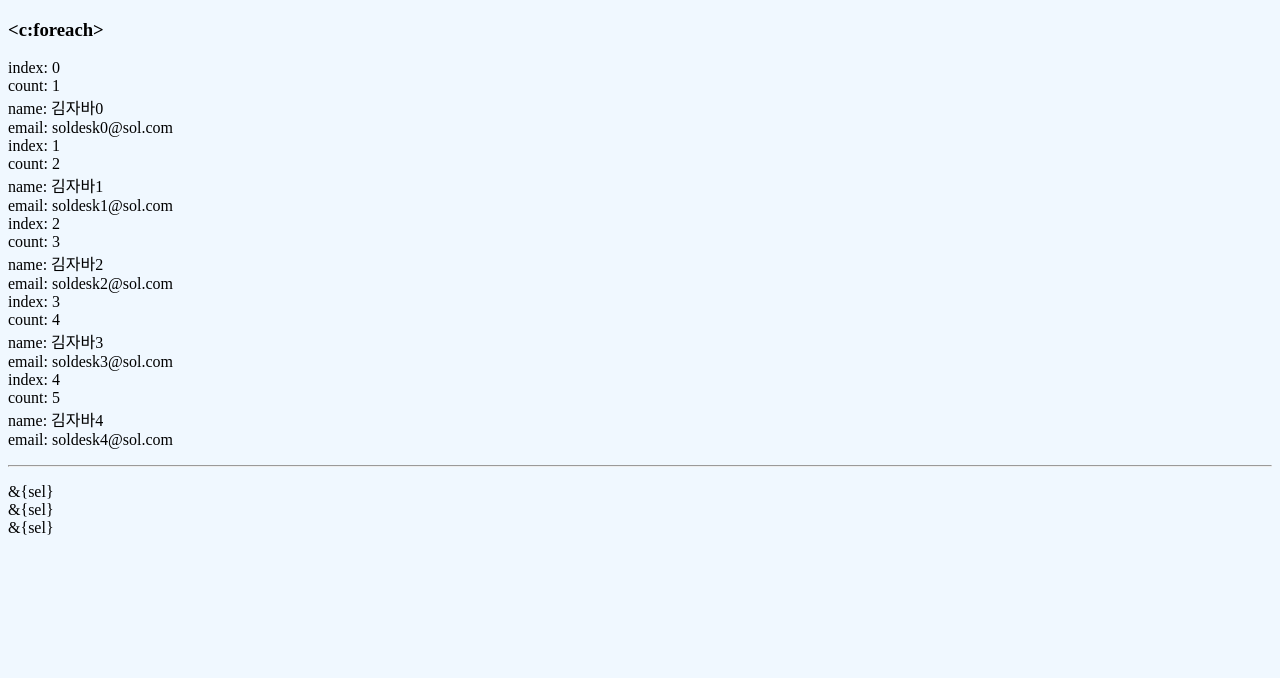
Repository: topblame/Bootcamp
Page: http://localhost/JSP_250408/chapter05/02_jstl_Foreach.jsp
The author's editor kept a copy of each file at every save. The page is drawn from the files as they stood at one save, then again after the next save.
The browser window is 1280 px wide. The pictures show the whole page.
The page is served by Tomcat 9. Other server files are loaded and not shown.

Above is the page before, as saved 2025-06-27 05:47:54.

### WebMvc/JSP_250408/src/main/webapp/chapter05/02_jstl_Foreach.jsp
<%@ page language="java" contentType="text/html; charset=UTF-8"  pageEncoding="UTF-8"%>
<%@ taglib prefix="c" uri = "http://java.sun.com/jsp/jstl/core" %>
<%@ taglib prefix ="fmt" uri = "http://java.sun.com/jsp/jstl/fmt" %>
<!DOCTYPE html PUBLIC "-//W3C//DTD HTML 4.01 Transitional//EN" "http://www.w3.org/TR/html4/loose.dtd">
<html>
<head>
<meta http-equiv="Content-Type" content="text/html; charset=UTF-8">
<title>JSTL_FOREACH</title>
</head>
<body bgcolor = "aliceblue">
<h3>&lt;c:foreach&gt;</h3>

<c:forEach var ="i" items = "${members }" begin = "0" end = "4" varStatus = "status">
	index: ${status.index } <br />
	count: ${status.count } <br />
	name: ${i.name } <br>
	email: ${i.email } <br>
</c:forEach>
<p></p>
<hr />
<p></p>
<!-- items: 배열 또는 컬렉션 -->
<c:forTokens var = "sel" items="솔데스크, 02-789-4561, 종로구" delims = ", ">
	&{sel}<br/>
</c:forTokens>
</body>
</html>

After the next save:
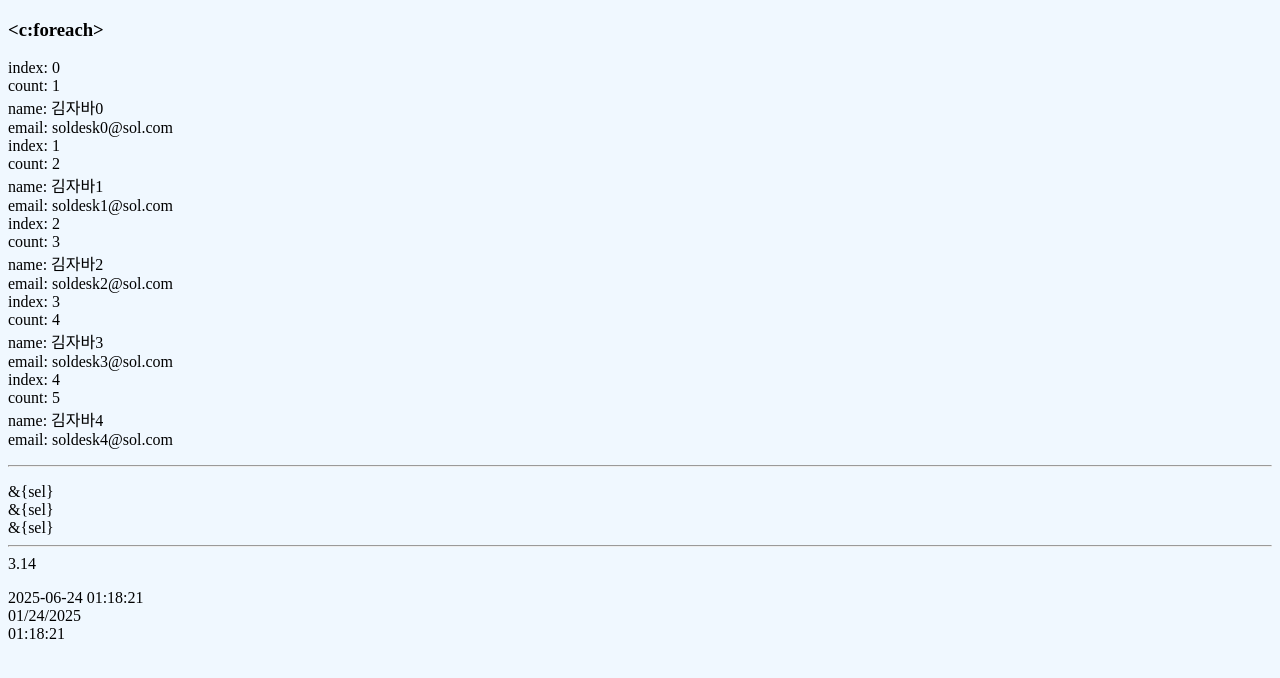
Saved 12 min 59 s later.
--- a/WebMvc/JSP_250408/src/main/webapp/chapter05/02_jstl_Foreach.jsp
+++ b/WebMvc/JSP_250408/src/main/webapp/chapter05/02_jstl_Foreach.jsp
@@ -23,5 +23,15 @@
 <c:forTokens var = "sel" items="솔데스크, 02-789-4561, 종로구" delims = ", ">
 	&{sel}<br/>
 </c:forTokens>
+<hr />
+<fmt:formatNumber value = "3.141592" pattern = "#.00"/>
+<p></p>
+<% java.util.Date now = new java.util.Date();
+	pageContext.setAttribute("currentDate", now);
+%>
+<fmt:formatDate value = "${currentDate }" pattern = "yyyy-MM-dd HH:mm:ss" /><br />
+<fmt:formatDate value = "${currentDate }" pattern = "HH/dd/yyyy" /><br />
+<fmt:formatDate value = "${currentDate }" pattern = "HH:mm:ss" /><br />
+
 </body>
 </html>
